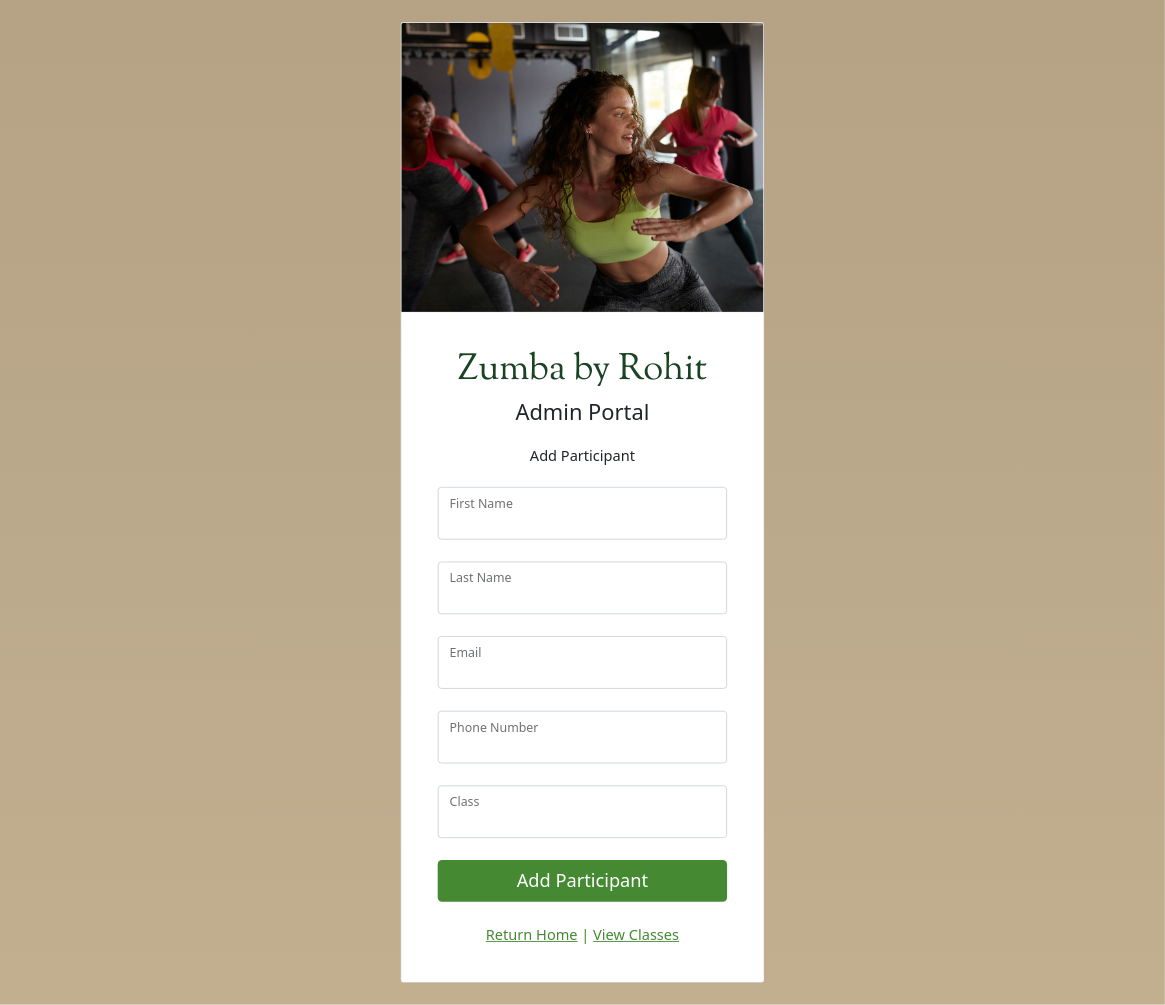
Repository: ronetteguevara/CalTech-ZumbaApp
Page: http://localhost/ZumbaApp/add-participant.html
The author's editor kept a copy of each file at every save. The page is drawn from the files as they stood at one save, then again after the next save.
The browser window is 1280 px wide. The pictures show the whole page, at 91% of full size.
The page is served by Tomcat 10. Other server files are loaded and not shown.

Above is the page before, as saved 2024-05-01 02:24:37.

### ZumbaApp/ZumbaApp/src/main/webapp/add-participant.html
<!DOCTYPE html>
<html>
<head>
<meta charset="UTF-8">
<title>Add Participant</title>
<link rel="stylesheet" href="css/bootstrap.css"></link>
<link rel="stylesheet" href="style.css"></link>
</head>
<body class="gradient-background">

	<div class="my-4 d-flex justify-content-center col-xl-12 col-lg-12 col-md-12 col-sm-12 col-12" data-new-gr-c-s-check-loaded="14.1169.0" data-gr-ext-installed="">
	<main class="form-signin d-flex justify-content-center">
	<form action="   " method="post">
		<div class="card" style="width: 25rem;">
			<img src="assets/Add_Participant.png" class="card-img-top" alt="Rohit smiling">
		<div class="card-body text-center">
			<h1 class="mt-4 mb-2 fw-normal text-center">Zumba by Rohit</h1>
			<h4 class="mb-4 fw-normal text-center">Admin Portal</h4>
			<h6 class="mb-4 fw-normal text-center">Add Participant</h6>
			<div class="form-floating mx-4 my-4">
				<input type="text" name="txtFName" class="form-control">
				<label for="floatingInput">First Name</label>
			</div>

			<div class="form-floating mx-4 my-4">
				<input type="text" name="txtLName" class="form-control">
				<label for="floatingPassword">Last Name</label>
			</div>

			<div class="form-floating mx-4 my-4">
				<input type="email" name="txtEmail" class="form-control">
				<label for="floatingPassword">Email</label>
			</div>

			<div class="form-floating mx-4 my-4">
				<input type="text" name="txtPhone" class="form-control">
				<label for="floatingPassword">Phone Number</label>
			</div>

			<div class="form-floating mx-4 my-4">
				<input type="text" name="txtClass" class="form-control">
				<label for="floatingPassword">Class</label>
			</div>

			<div class="mx-4 my-4">
			<button class="w-100 btn btn-lg btn-primary button" type="submit">Add Participant</button>
			</div>

			<div class="my-4">
			<p style="color: #458933;"><a href="Home">Return Home</a>   |   <a href="Home">View Classes</a></p>
			</div>
		</div>
		</div>
    </form>
    </main>
    </div>
</body>
</html>

### ZumbaApp/ZumbaApp/src/main/webapp/style.css
@charset "UTF-8";

.button {
  background-color: #458933;
  border: none;
}

.button:hover {
  background-color: #82c360;
}

a {
  color: #458933;
}

a:hover {
 color: #82c360;
}

a:visited {
  color: #1a4324;
}

h1 {
	font-family: Sorts-Mill-Goudy-Regular;
	color: #1a4324;
}

@font-face {
  font-family: "Sorts-Mill-Goudy-Italic";
  src: url(/assets/Fonts/SortsMillGoudy-Italic.ttf);
}

@font-face {
  font-family: "Sorts-Mill-Goudy-Regular";
  src: url(/assets/Fonts/SortsMillGoudy-Regular.ttf);
}

.gradient-background {
  background: linear-gradient(0deg, #f2e5b9, #b8a588, #774c24);
  background-size: 1000% 1000%;

  -webkit-animation: AnimationName 8s ease infinite;
  -moz-animation: AnimationName 8s ease infinite;
  animation: AnimationName 8s ease infinite;
}

@-webkit-keyframes AnimationName {
  0%{background-position:0% 35%}
  50%{background-position:100% 66%}
  100%{background-position:0% 35%}
}
@-moz-keyframes AnimationName {
  0%{background-position:0% 35%}
  50%{background-position:100% 66%}
  100%{background-position:0% 35%}
}
@keyframes AnimationName {
  0%{background-position:0% 35%}
  50%{background-position:100% 66%}
  100%{background-position:0% 35%}

}

Loaded but not shown: ZumbaApp/ZumbaApp/src/main/webapp/css/bootstrap.css (library)

After the next save:
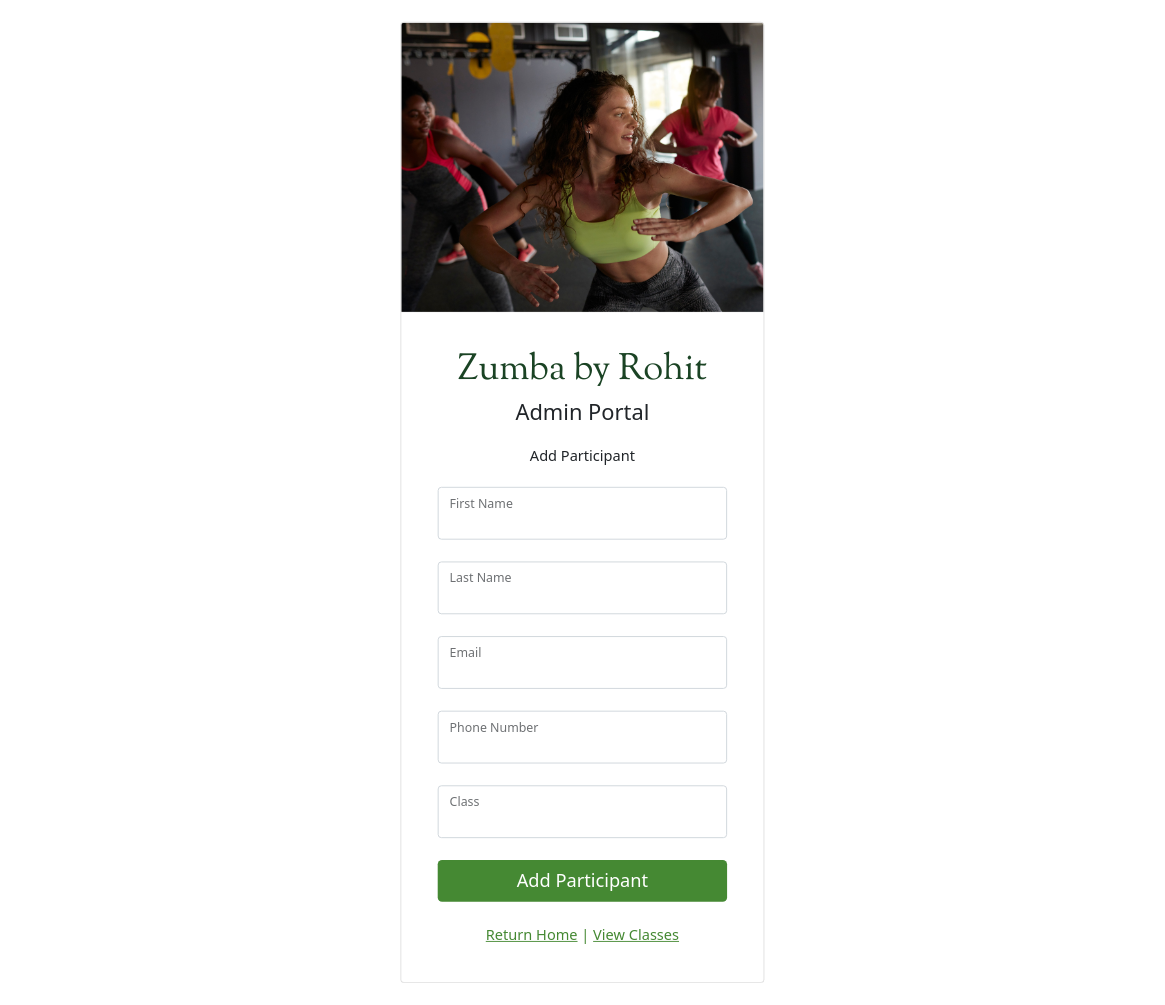
Saved 4 min 29 s later.
--- a/ZumbaApp/ZumbaApp/src/main/webapp/style.css
+++ b/ZumbaApp/ZumbaApp/src/main/webapp/style.css
@@ -37,7 +37,7 @@ h1 {
 }
 
 .gradient-background {
-  background: linear-gradient(0deg, #f2e5b9, #b8a588, #774c24);
+  background: linear-gradient(0deg, #74d3ae, #678d58, #a6c48a; #f6e7cb; #dd9787);
   background-size: 1000% 1000%;
 
   -webkit-animation: AnimationName 8s ease infinite;
